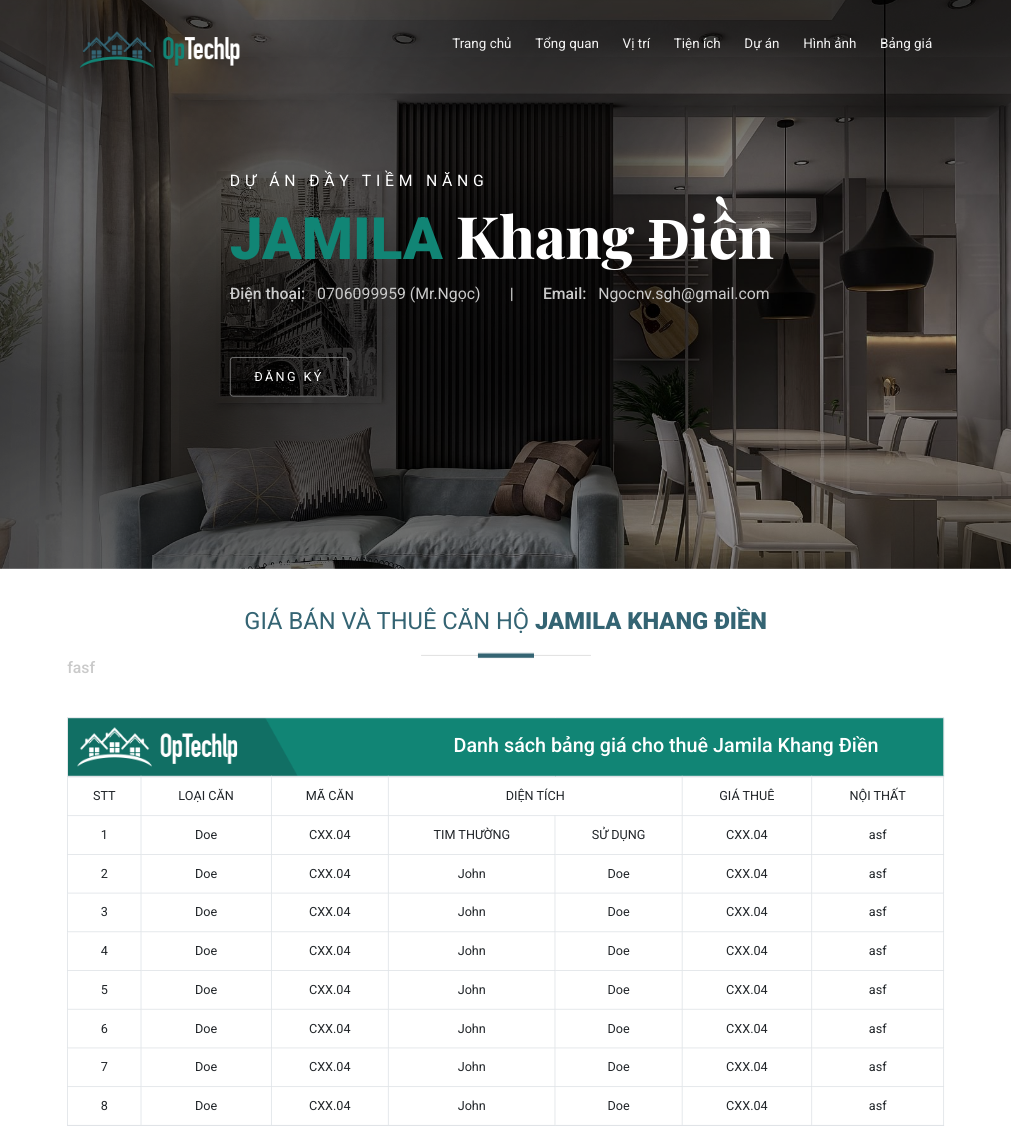
Repository: phunobi1807/Myweb
Page: index.html
These files come from the project's save history. The page is drawn as it stood at one moment and after the next save; the edit follows.
The browser window is 1280 px wide. The pictures show the whole page, at 79% of full size.
Some web fonts or font styles are not loaded; a fallback is used.

Above is the page before, as saved 2021-05-14 14:37:35.

After the next save:
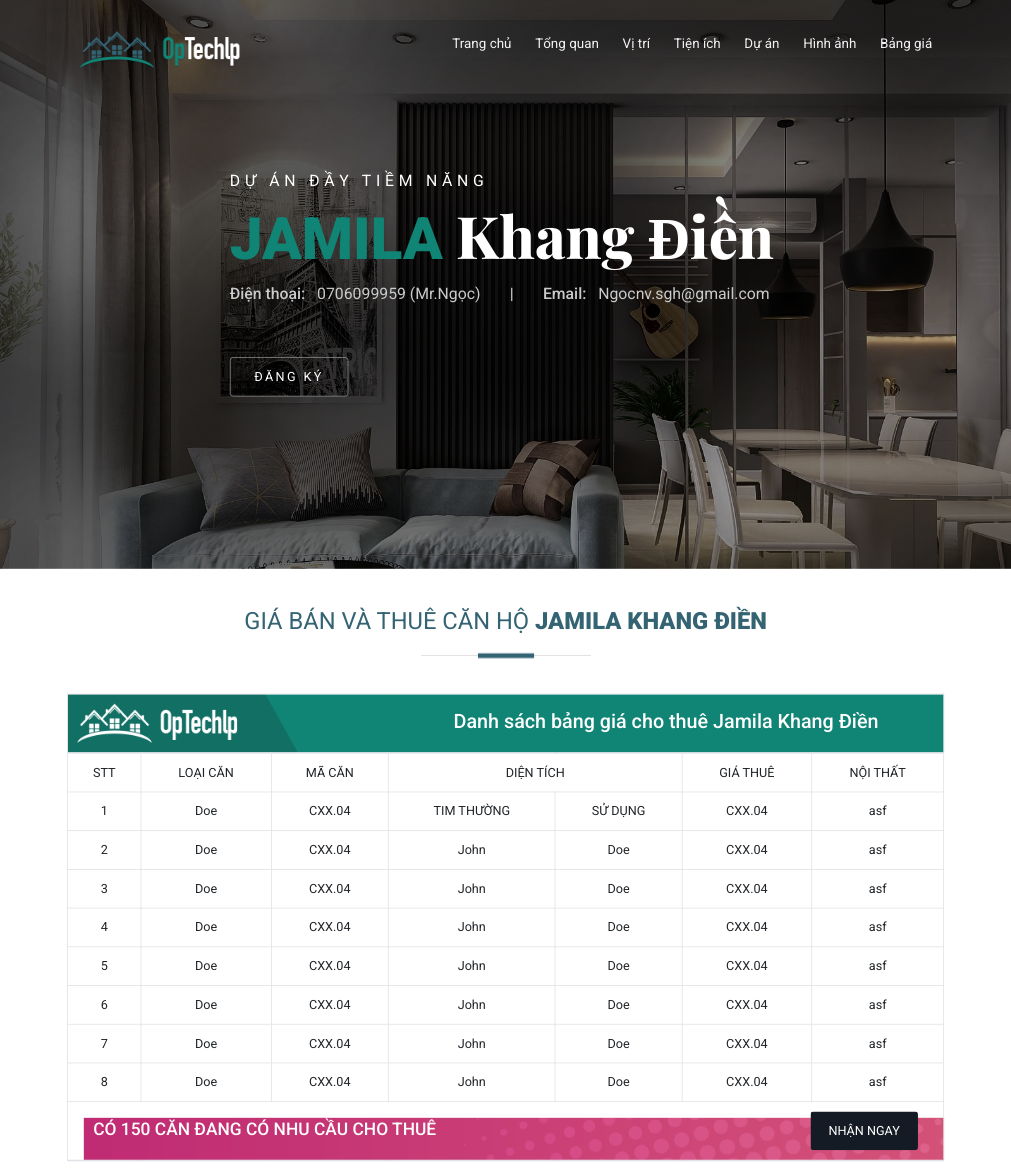
Saved 10 s later.
--- a/index.html
+++ b/index.html
@@ -143,13 +143,12 @@
 
                     <thead>
                         <tr class="bot-one">
-                            <!-- <th colspan="7">
+                            <th colspan="7">
                                 <div class="bot-table">
                                     <input type="button" class="btn btn-outline" value="nhận ngay">
                                     <p>có 150 căn đang có nhu cầu cho thuê</p>
                                 </div>
-                            </th> -->
-                            <p>fasf</p>
+                            </th>
                         </tr>
                     </thead>
                 </table>
